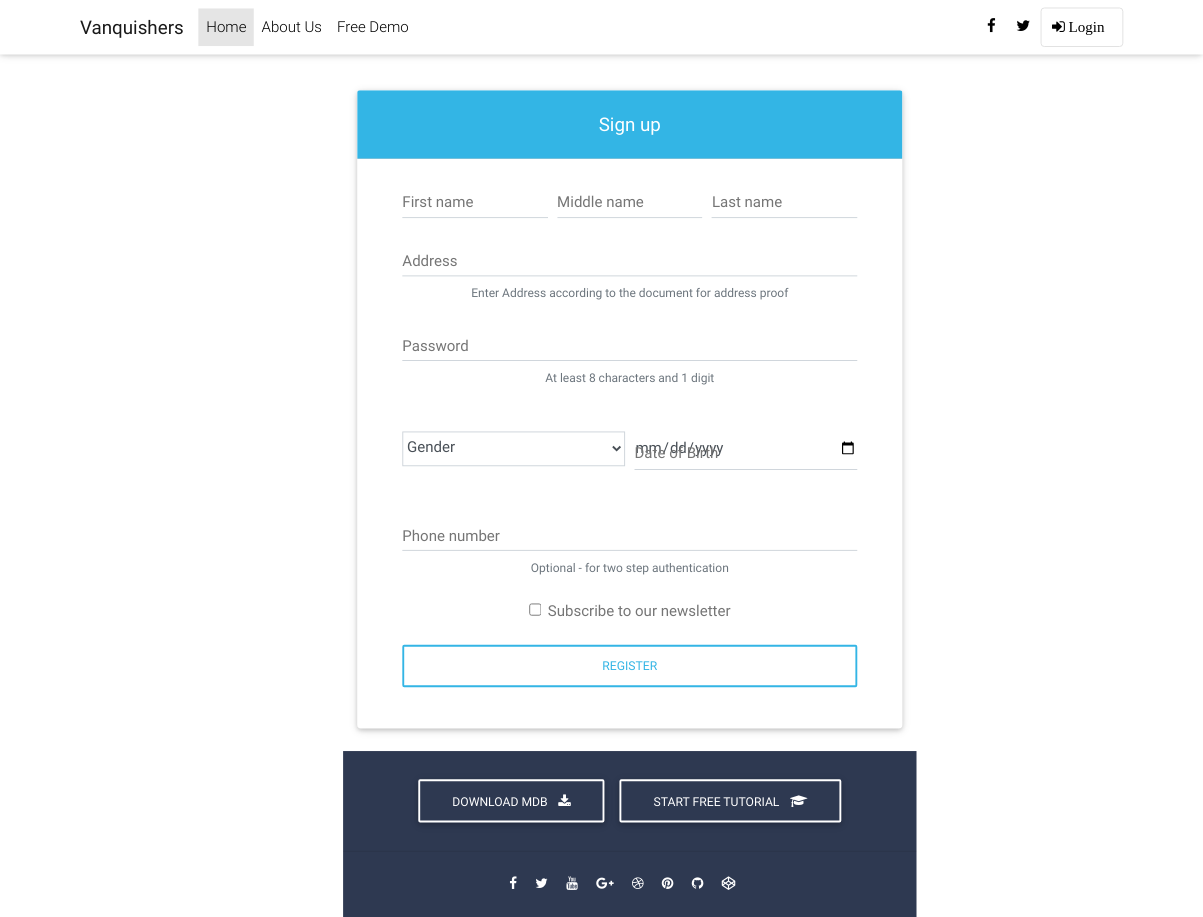
Repository: KJSCEhack/KJSCE_Vanquishers
Page: http://localhost/demo.php
An editor plug-in stored every save of this project. The page is shown before and after the next save, followed by the edit.
The browser window is 1280 px wide. The pictures show the whole page, at 94% of full size.
The page is run by PHP 8.4 with error messages shown; the project is at /var/www/html/.

Above is the page before, as saved 2018-10-06 09:57:00.
Console error: TypeError: $(...).material_select is not a function

### demo.php
<?php
$hostname="localhost";
$dbname="kjsce_hackathon";
$Username="root";
$Password="qweasdzxc";

$conn = mysqli_connect($hostname,$Username,$Password,$dbname);

if(!$conn)
{
    die("connection failed:" .mysqli_connect_error());

}
mysqli_close($conn);

?>
<!DOCTYPE html>
<html lang="en">

<head>
    <meta charset="utf-8">
    <meta name="viewport" content="width=device-width, initial-scale=1, shrink-to-fit=no">
    <meta http-equiv="x-ua-compatible" content="ie=edge">
    <title>Material Design Bootstrap</title>
    <!-- Font Awesome -->
    <link rel="stylesheet" href="https://maxcdn.bootstrapcdn.com/font-awesome/4.7.0/css/font-awesome.min.css">
    <!-- Bootstrap core CSS -->
    <link href="css/bootstrap.min.css" rel="stylesheet">
    <!-- Material Design Bootstrap -->
    <link href="css/mdb.min.css" rel="stylesheet">
    <!-- Your custom styles (optional) -->
    <link href="css/style.min.css" rel="stylesheet">
</head>

<body>

    <!--Main Navigation-->
    <header>

        <!-- Navbar -->
        <nav class="navbar fixed-top navbar-expand-lg navbar-light white scrolling-navbar">
            <div class="container">

                <!-- Brand -->
      <a class="navbar-brand" href="https://mdbootstrap.com/material-design-for-bootstrap/" target="_blank">
        <strong>Vanquishers</strong>
      </a>

      <!-- Collapse -->
      <button class="navbar-toggler" type="button" data-toggle="collapse" data-target="#navbarSupportedContent" aria-controls="navbarSupportedContent"
        aria-expanded="false" aria-label="Toggle navigation">
        <span class="navbar-toggler-icon"></span>
      </button>

      <!-- Links -->
      <div class="collapse navbar-collapse" id="navbarSupportedContent">

        <!-- Left -->
        <ul class="navbar-nav mr-auto">
          <li class="nav-item active">
            <a class="nav-link" href="#">Home
              <span class="sr-only">(current)</span>
            </a>
          </li>
          <li class="nav-item">
            <a class="nav-link" href="https://mdbootstrap.com/material-design-for-bootstrap/" target="_blank">About Us</a>
          </li>
          <li class="nav-item">
            <a class="nav-link" href="https://mdbootstrap.com/getting-started/" target="_blank">Free Demo</a>
          </li>
        </ul>

        <!-- Right -->
        <ul class="navbar-nav nav-flex-icons">
          <li class="nav-item">
            <a href="https://www.facebook.com/mdbootstrap" class="nav-link" target="_blank">
              <i class="fa fa-facebook"></i>
            </a>
          </li>
          <li class="nav-item">
            <a href="https://twitter.com/MDBootstrap" class="nav-link" target="_blank">
              <i class="fa fa-twitter"></i>
            </a>
          </li>
          <li class="nav-item">
            <a href="login_page.html" class="nav-link border border-light rounded"
              target="_blank">
              <i class="fa fa-sign-in mr-2">           Login</i>
            </a>
          </li>
        </ul>

      </div>

            </div>
        </nav>
        <!-- Navbar -->

    </header>
    <!--Main Navigation-->

    <!--Main layout-->

    <div class="col-md-6" style="float:left; margin-left:350px;">
    <main class="mt-5 pt-5">
        <div class="container">
            <!-- Material form register -->
            <div class="card">

            <h5 class="card-header info-color white-text text-center py-4">
                <strong>Sign up</strong>
            </h5>

            <!--Card content-->
            <div class="card-body px-lg-5 pt-0">

                <!-- Form -->
                <form class="text-center" style="color: #757575;">

                    <div class="form-row">
                        <div class="col">
                            <!-- First name -->
                            <div class="md-form">
                                <input type="text" id="materialRegisterFormFirstName" class="form-control">
                                <label for="materialRegisterFormFirstName">First name</label>
                            </div>
                        </div>
                        <div class="col">
                            <!-- Last name -->
                            <div class="md-form">
                                <input type="text" id="materialRegisterFormMiddleName" class="form-control">
                                <label for="materialRegisterFormMiddleName">Middle name</label>
                            </div>
                        </div>
                        <div class="col">
                            <!-- Last name -->
                            <div class="md-form">
                                <input type="text" id="materialRegisterFormLastName" class="form-control">
                                <label for="materialRegisterFormLastName">Last name</label>
                            </div>
                        </div>
                    </div>

                    <!-- Address -->
                    <div class="md-form mt-0">
                        <input type="text" id="materialRegisterFormAddress" class="form-control">
                        <label for="materialRegisterFormAddress">Address</label>
                        <small id="materialRegisterFormPasswordHelpBlock" class="form-text text-muted mb-4">
                            Enter Address according to the document for address proof
                        </small>
                    </div>

                    <!-- Password -->
                    <div class="md-form">
                        <input type="password" id="materialRegisterFormPassword" class="form-control" aria-describedby="materialRegisterFormPasswordHelpBlock">
                        <label for="materialRegisterFormPassword">Password</label>
                        <small id="materialRegisterFormPasswordHelpBlock" class="form-text text-muted mb-4">
                            At least 8 characters and 1 digit
                        </small>
                    </div>

                    <div class="form-row">
                        <div class="col">
                            <div class="md-form">
                                <select id="materialRegisterFormGender" class="form-control mdb-select md-form colorful-select dropdown-primary">
                                    <option value="" disabled selected>Gender</option>
                                    <option value="M">Male</option>
                                    <option value="F">Female</option>
                                    <option value="O">Other</option>
                                </select>
                            </div>
                        </div>
                        <div class="col">
                            <div class="md-form">
                                <input type="date" class="form-control" id="materialRegisterFormDOB">
                                <label for="materialRegisterFormDOB">Date of Birth</label>
                            </div>
                        </div>
                    </div>

                    <!-- Phone number -->
                    <div class="md-form">
                        <input type="password" id="materialRegisterFormPhone" class="form-control" aria-describedby="materialRegisterFormPhoneHelpBlock">
                        <label for="materialRegisterFormPhone">Phone number</label>
                        <small id="materialRegisterFormPhoneHelpBlock" class="form-text text-muted mb-4">
                            Optional - for two step authentication
                        </small>
                    </div>

                    <!-- Newsletter -->
                    <div class="form-check">
                        <input type="checkbox" class="form-check-input" id="materialRegisterFormNewsletter">
                        <label class="form-check-label" for="materialRegisterFormNewsletter">Subscribe to our newsletter</label>
                    </div>

                    <!-- Sign up button -->
                    <button class="btn btn-outline-info btn-rounded btn-block my-4 waves-effect z-depth-0" type="submit">Register</button>

                </form>
                <!-- Form -->

            </div>

            </div>
            <!-- Material form register -->
        </div>
    </main>

    <!-- SCRIPTS -->
    <!-- JQuery -->
    <script type="text/javascript" src="js/jquery-3.3.1.min.js"></script>
    <!-- Bootstrap tooltips -->
    <script type="text/javascript" src="js/popper.min.js"></script>
    <!-- Bootstrap core JavaScript -->
    <script type="text/javascript" src="js/bootstrap.min.js"></script>
    <!-- MDB core JavaScript -->
    <script type="text/javascript" src="js/mdb.min.js"></script>
    <!-- Initializations -->
    <script type="text/javascript">
        // Animations initialization
        new WOW().init();
        // Material Select Initialization
        $(document).ready(function() {
            $('.mdb-select').material_select();
        });
    </script>



    <!--Footer-->
    <footer class="page-footer text-center font-small mdb-color darken-2 mt-4 wow fadeIn">

        <!--Call to action-->
        <div class="pt-4">
            <a class="btn btn-outline-white" href="https://mdbootstrap.com/getting-started/" target="_blank" role="button">Download MDB
                <i class="fa fa-download ml-2"></i>
            </a>
            <a class="btn btn-outline-white" href="https://mdbootstrap.com/bootstrap-tutorial/" target="_blank" role="button">Start free tutorial
                <i class="fa fa-graduation-cap ml-2"></i>
            </a>
        </div>
        <!--/.Call to action-->

        <hr class="my-4">

        <!-- Social icons -->
        <div class="pb-4">
            <a href="https://www.facebook.com/mdbootstrap" target="_blank">
                <i class="fa fa-facebook mr-3"></i>
            </a>

            <a href="https://twitter.com/MDBootstrap" target="_blank">
                <i class="fa fa-twitter mr-3"></i>
            </a>

            <a href="https://www.youtube.com/watch?v=7MUISDJ5ZZ4" target="_blank">
                <i class="fa fa-youtube mr-3"></i>
            </a>

            <a href="https://plus.google.com/u/0/b/107863090883699620484" target="_blank">
                <i class="fa fa-google-plus mr-3"></i>
            </a>

            <a href="https://dribbble.com/mdbootstrap" target="_blank">
                <i class="fa fa-dribbble mr-3"></i>
            </a>

            <a href="https://pinterest.com/mdbootstrap" target="_blank">
                <i class="fa fa-pinterest mr-3"></i>
            </a>

            <a href="https://github.com/mdbootstrap/bootstrap-material-design" target="_blank">
                <i class="fa fa-github mr-3"></i>
            </a>

            <a href="http://codepen.io/mdbootstrap/" target="_blank">
                <i class="fa fa-codepen mr-3"></i>
            </a>
        </div>
        <!-- Social icons -->
</div>

        <!--Copyright-->
        <div class="footer-copyright py-3">
            © 2018 Copyright:
            <a href="https://mdbootstrap.com/bootstrap-tutorial/" target="_blank"> MDBootstrap.com </a>
        </div>
        <!--/.Copyright-->

    </footer>
    <!--/.Footer-->

</body>

</html>

Loaded but not shown: css/bootstrap.min.css (library); css/mdb.min.css (library); css/style.min.css (common file); js/jquery-3.3.1.min.js (library); js/popper.min.js (library); js/bootstrap.min.js (library); js/mdb.min.js (library)

After the next save:
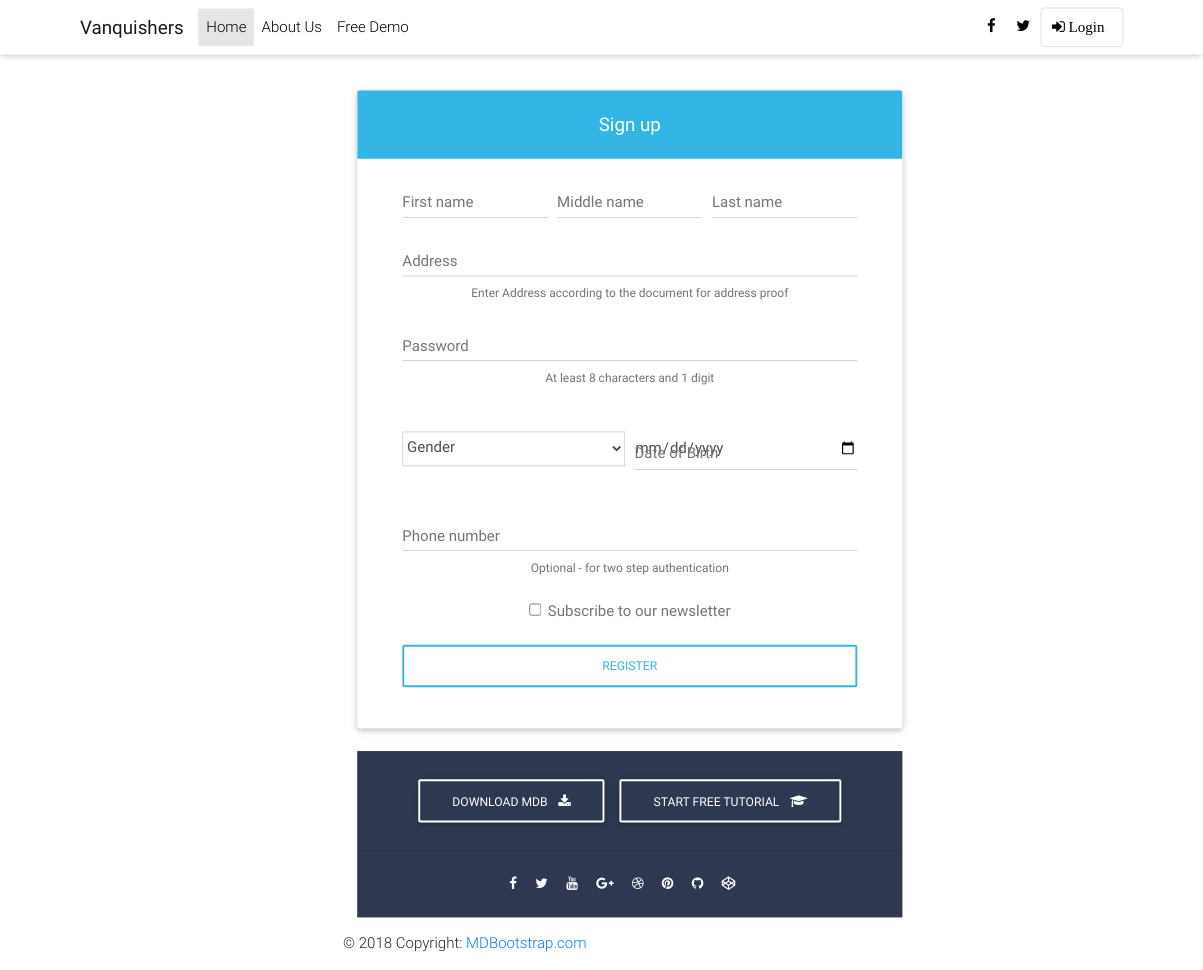
Saved 31 s later.
--- a/demo.php
+++ b/demo.php
@@ -228,6 +228,7 @@ mysqli_close($conn);
 
 
     <!--Footer-->
+    <div class="col-md-12" style="width:100%">
     <footer class="page-footer text-center font-small mdb-color darken-2 mt-4 wow fadeIn">
 
         <!--Call to action-->
